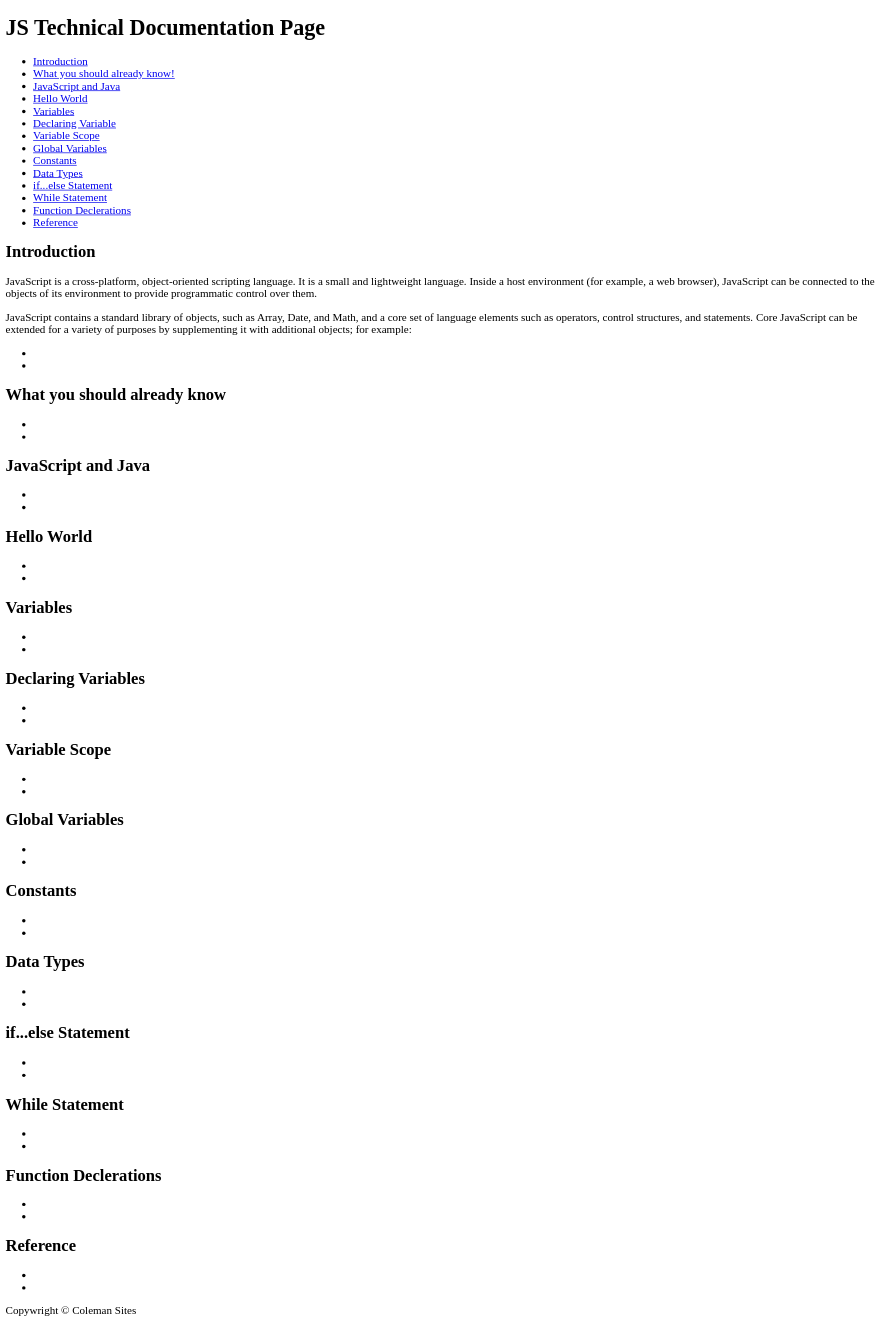
Repository: ctcoleman/technicalDocumentationPage
Page: index.html
An editor plug-in stored every save of this project. The page is shown before and after the next save, followed by the edit.
The browser window is 1280 px wide. The pictures show the whole page, at 69% of full size.

Above is the page before, as saved 2020-07-09 21:57:11.

### index.html
<!DOCTYPE html>
<html lang="en">
<head>
  <meta charset="UTF-8">
  <meta name="viewport" content="width=device-width, initial-scale=1.0">
  <title>FCC: Technical Documentation Page</title>
</head>
<body>


  <header>
    <h1 id="main-heading">JS Technical Documentation Page</h1>
      <nav id="navbar">
        <ul>
          <li>
            <a href="#introduction">Introduction</a>
          <li>
            <a href="#whatYouShouldKnowAlready">What you should already know!</a>
          <li>
            <a href="#javascriptAndJava">JavaScript and Java</a>
          <li>
            <a href="#helloWorld">Hello World</a>
          <li>
            <a href="#variables">Variables</a>
          </li>
          <li>
            <a href="#declaringVariable">Declaring Variable</a>
          </li>
          <li>
            <a href="#variableScopes">Variable Scope</a>
          </li>
          <li>
            <a href="#globalVariables">Global Variables</a>
          </li>
          <li>
            <a href="#constants">Constants</a>
          </li>
          <li>
            <a href="#dataTypes">Data Types</a>
          </li>
          <li>
            <a href="#ifElseStatements">if...else Statement</a>
          </li>
          <li>
            <a href="#whileStatements">While Statement</a>
          </li>
          <li>
            <a href="#functionDeclerations">Function Declerations</a>
          </li>
          <li>
            <a href="#reference">Reference</a>
          </li>
        </ul>
      </nav>
  </header>

  <main id="main-doc">


    <section class="main-section" id="Introduction">
      <h2 class="topic-header">Introduction</h2>
      <article>
        <p>
          JavaScript is a cross-platform, object-oriented scripting language. It is a small and lightweight language. Inside a
          host environment (for example, a web browser), JavaScript can be connected to the objects of its environment to provide
          programmatic control over them.
        </p>
        <p>
          JavaScript contains a standard library of objects, such as Array, Date, and Math, and a core set of language elements
          such as operators, control structures, and statements. Core JavaScript can be extended for a variety of purposes by
          supplementing it with additional objects; for example:
          <ul>
            <li></li>
            <li></li>
          </ul>
        </p>
      </article>
    </section>

    <section class="main-section" id="whatYouShouldAlreadyKnow">
      <h2 class="topic-header">What you should already know</h2>
      <article>
        <p>
          <ul>
            <li></li>
            <li></li>
          </ul>
        </p>
        <p>

        </p>
      </article>
    </section>

    <section class="main-section" id="javaScriptAndJava">
      <h2 class="topic-header">JavaScript and Java</h2>
      <article>
        <p>
          <ul>
            <li></li>
            <li></li>
          </ul>
        </p>
        <p>

        </p>
      </article>
    </section>

    <section class="main-section" id="helloWorld">
      <h2 class="topic-header">Hello World</h2>
      <article>
        <p>
          <ul>
            <li></li>
            <li></li>
          </ul>
        </p>
        <p>

        </p>
      </article>
    </section>

    <section class="main-section" id="variables">
      <h2 class="topic-header">Variables</h2>
      <article>
        <p>
          <ul>
            <li></li>
            <li></li>
          </ul>
        </p>
        <p>

        </p>
      </article>
    </section>

    <section class="main-section" id="declaringVariables">
      <h2 class="topic-header">Declaring Variables</h2>
      <article>
        <p>
          <ul>
            <li></li>
            <li></li>
          </ul>
        </p>
        <p>

        </p>
      </article>
    </section>

    <section class="main-section" id="variableScope">
      <h2 class="topic-header">Variable Scope</h2>
      <article>
        <p>
          <ul>
            <li></li>
            <li></li>
          </ul>
        </p>
        <p>

        </p>
      </article>
    </section>

    <section class="main-section" id="globalVariables">
      <h2 class="topic-header">Global Variables</h2>
      <article>
        <p>
          <ul>
            <li></li>
            <li></li>
          </ul>
        </p>
        <p>

        </p>
      </article>
    </section>

    <section class="main-section" id="constants">
      <h2 class="topic-header">Constants</h2>
      <article>
        <p>
          <ul>
            <li></li>
            <li></li>
          </ul>
        </p>
        <p>

        </p>
      </article>
    </section>

    <section class="main-section" id="dataTypes">
      <h2 class="topic-header">Data Types</h2>
      <article>
        <p>
          <ul>
            <li></li>
            <li></li>
          </ul>
        </p>
        <p>

        </p>
      </article>
    </section>

    <section class="main-section" id="ifElseStatements">
      <h2 class="topic-header">if...else Statement</h2>
      <article>
        <p>
          <ul>
            <li></li>
            <li></li>
          </ul>
        </p>
        <p>

        </p>
      </article>
    </section>

    <section class="main-section" id="whileStatements">
      <h2 class="topic-header">While Statement</h2>
      <article>
        <p>
          <ul>
            <li></li>
            <li></li>
          </ul>
        </p>
        <p>

        </p>
      </article>
    </section>

    <section class="main-section" id="functionDeclerations">
      <h2 class="topic-header">Function Declerations</h2>
      <article>
        <p>
          <ul>
            <li></li>
            <li></li>
          </ul>
        </p>
        <p>

        </p>
      </article>
    </section>

    <section class="main-section" id="reference">
      <h2 class="topic-header">Reference</h2>
      <article>
        <p>
          <ul>
            <li></li>
            <li></li>
          </ul>
        </p>
        <p>

        </p>
      </article>
    </section>

    <footer id="footer-wrapper">
      <span>Copywright &copy; Coleman Sites</span>
    </footer>
  </main>
</body>
</html>

After the next save:
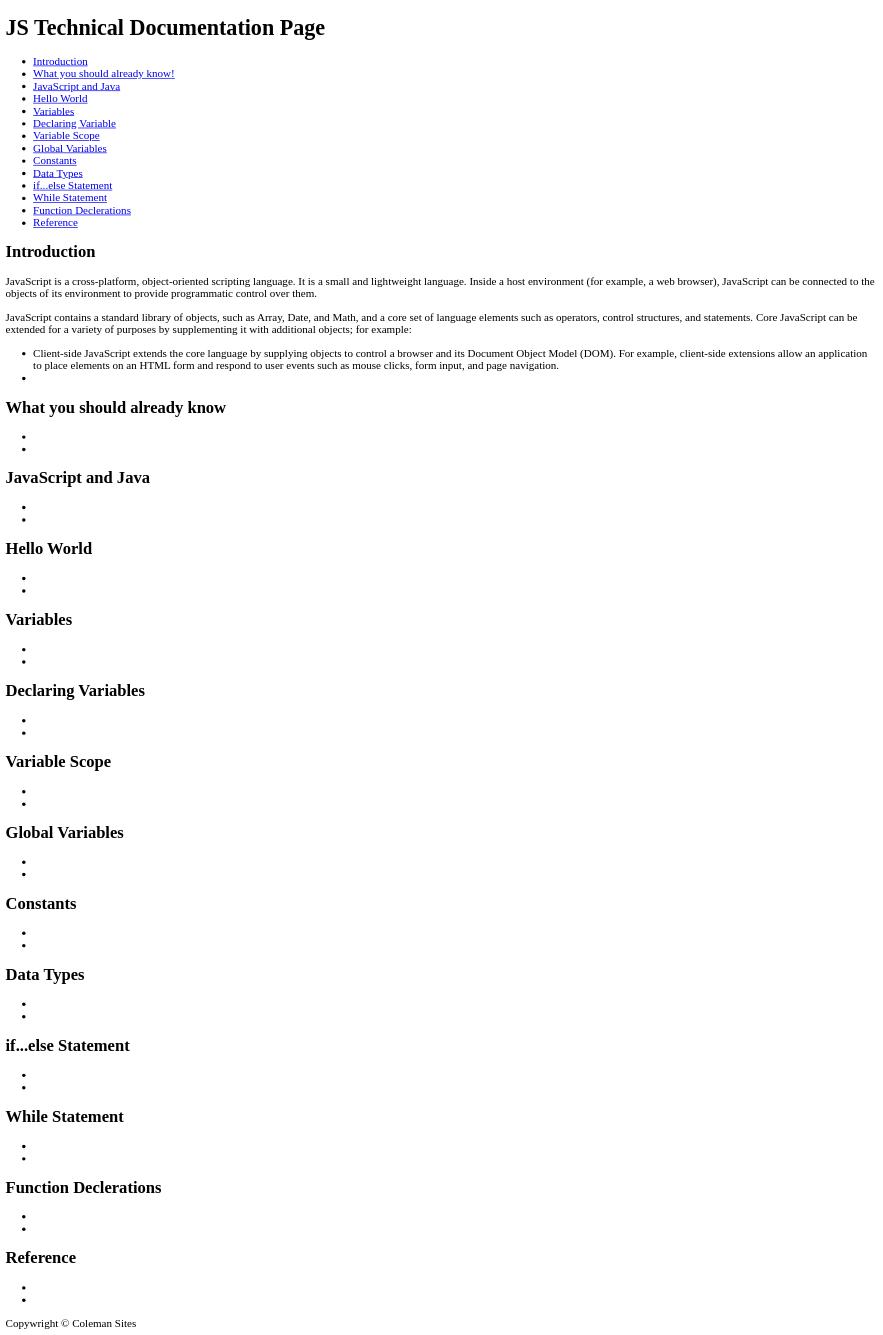
Saved 12 s later.
--- a/index.html
+++ b/index.html
@@ -70,7 +70,9 @@
           such as operators, control structures, and statements. Core JavaScript can be extended for a variety of purposes by
           supplementing it with additional objects; for example:
           <ul>
-            <li></li>
+            <li>Client-side JavaScript extends the core language by supplying objects to control a browser and its Document Object Model
+            (DOM). For example, client-side extensions allow an application to place elements on an HTML form and respond to user
+            events such as mouse clicks, form input, and page navigation.</li>
             <li></li>
           </ul>
         </p>
